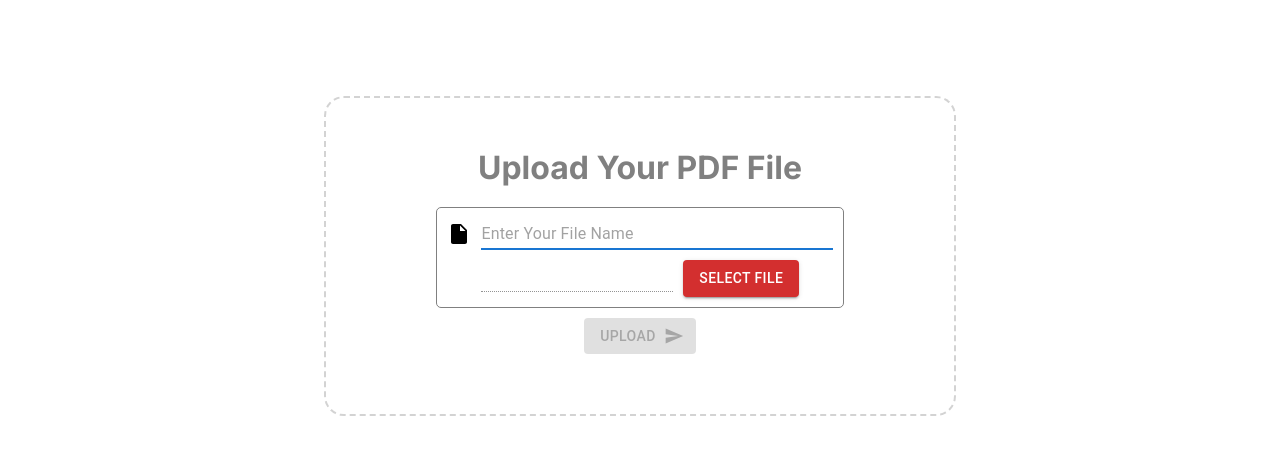
Repository: BhushanPatil-121/pdf-upload-nextjs
Page: /
An editor plug-in stored every save of this project. The page is shown before and after a run of saves, followed by the edit.
The browser window is 1280 px wide. The pictures show the whole page.
The project was rebuilt for these pictures with package versions that can differ from the ones it lists, and the page was loaded fresh each time. The framework's server and built-in components were replaced by stand-ins that run in the browser. Also part of the build but not shown: next.config.mjs.

Above is the page before, as saved 2024-02-29 11:11:10.

### src/app/page.tsx
"use client"
import styles from "./page.module.css";
import { styled } from '@mui/material/styles';
import Button from '@mui/material/Button';
import CloudUploadIcon from '@mui/icons-material/CloudUpload';
import { useState } from 'react';
import { Alert, Box, Stack, TextField } from "@mui/material";
import InsertDriveFileIcon from '@mui/icons-material/InsertDriveFile';
import SendIcon from '@mui/icons-material/Send';
import LoadingButton from '@mui/lab/LoadingButton';
import { CloudDownload } from "@mui/icons-material";

const VisuallyHiddenInput = styled('input')({
  clip: 'rect(0 0 0 0)',
  clipPath: 'inset(50%)',
  height: 1,
  overflow: 'hidden',
  position: 'absolute',
  bottom: 0,
  left: 0,
  whiteSpace: 'nowrap',
  width: 1,
});

export default function Home() {
  const [loading, setLoading] = useState(false);
  const [uploading, setUploding] = useState(false);
  const [fileName, setFileName] = useState<string>("")
  const [defaultFileName, setDefaultFileName] = useState<string>("")
  const [file, setFile] = useState<string>("")
  function handleClick(e: any) {
    setLoading(true);
    setTimeout(() => setLoading(false), 3000);
    setTimeout(() => {
      setUploding(true)
      setFileName("")
      setFile("")
    }, 3000);
    setTimeout(() => setUploding(false), 6000);
    e.preventDefault();
    let formData = new FormData();
    formData.append('filename', fileName);
    formData.append('file', file);
    console.log(fileName, file);
  }
  return (
    <main className={styles.main}>
      <div className={styles.mainContainer}>
        <h1 className={styles.mainHeading}>Upload Your PDF File</h1>
        <form className={styles.mainForm}>
          <div className={styles.mainFormContainer}>
            <div className={styles.mainFormSubContainer1}>
              <InsertDriveFileIcon />
              <Box sx={{width:'100%'}}>
              <TextField
                id="standard-basic"
                fullWidth
                placeholder="Enter Your File Name"
                value={fileName}
                autoFocus
                onChange={(e) => { setFileName(e.target.value) }}
                variant="standard" />
              </Box>
            </div>
            <div className={styles.mainFormSubContainer2}>
              <Box sx={{width:'50%'}}>
              <TextField
                id="standard-multiline-static"
                multiline
                fullWidth
                rows={1}
                disabled
                variant="standard"
                value={defaultFileName}
              />
              </Box>
              <Button
                component="label"
                role={undefined}
                variant="contained"
                tabIndex={-1}
                color={file ? "success" : "error"}
                onChange={(e: any) => {
                  setFile(e.target.files[0]);
                  setDefaultFileName(e.target.files[0].name);
                }}>Select file
                <VisuallyHiddenInput type="file" accept="application/pdf" />
              </Button>
            </div>
          </div>
          <LoadingButton
            onClick={handleClick}
            endIcon={<SendIcon />}
            loading={loading}
            disabled={fileName.length < 1}
            loadingPosition="end"
            variant="contained">
            {
              loading ? "Uploading..." : "Upload"
            }
          </LoadingButton>
        </form>
      </div>
      {
        uploading &&
        <Stack sx={{ width: '50%' }} spacing={2}>
          <Alert variant="filled" severity="success">
            File Upload Successfully
          </Alert>
        </Stack>
      }
    </main>
  );
}

### src/app/globals.css


* {
  box-sizing: border-box;
  padding: 0;
  margin: 0;
}

html,
body {
  max-width: 100vw;
  overflow-x: hidden;
}


a {
  color: inherit;
  text-decoration: none;
}

### src/app/page.module.css
.main {
  display: flex;
  flex-direction: column;
  justify-content: start;
  gap: 20px;
  align-items: center;
  padding: 6rem;
  min-height: 100vh;
}

.mainContainer {
  width: 58%;
  display: flex;
  flex-direction: column;
  justify-content: center;
  align-items: center;
  padding: 50px 100px;
  border-radius: 20px;
  border: dashed 2px lightgrey;
}

.mainHeading {
  color: grey;
}

.mainForm {
  display: flex;
  flex-direction: column;
  align-items: center;
  justify-content: center;
  width: 100%;
  padding: 10px;
  border-radius: 10px;
}

.mainFormContainer {
  display: flex;
  flex-direction: column;
  align-items: center;
  justify-content: center;
  width: 100%;
  height: 100%;
  border: 1px solid grey;
  border-radius: 5px;
  padding: 10px;
  gap: 10px;
  margin: 10px;
}

.mainFormSubContainer1 {
  display: flex;
  flex-direction: row;
  align-items: center;
  justify-content: center;
  gap: 10px;
  width: 100%;
}

.mainFormSubContainer2 {
  display: flex;
  flex-direction: row;
  align-items: space-evenly;
  justify-content: center;
  gap: 10px;
  width: 100%;

}

Loaded but not shown: src/app/layout.tsx (common file)

After the next 3 saves:
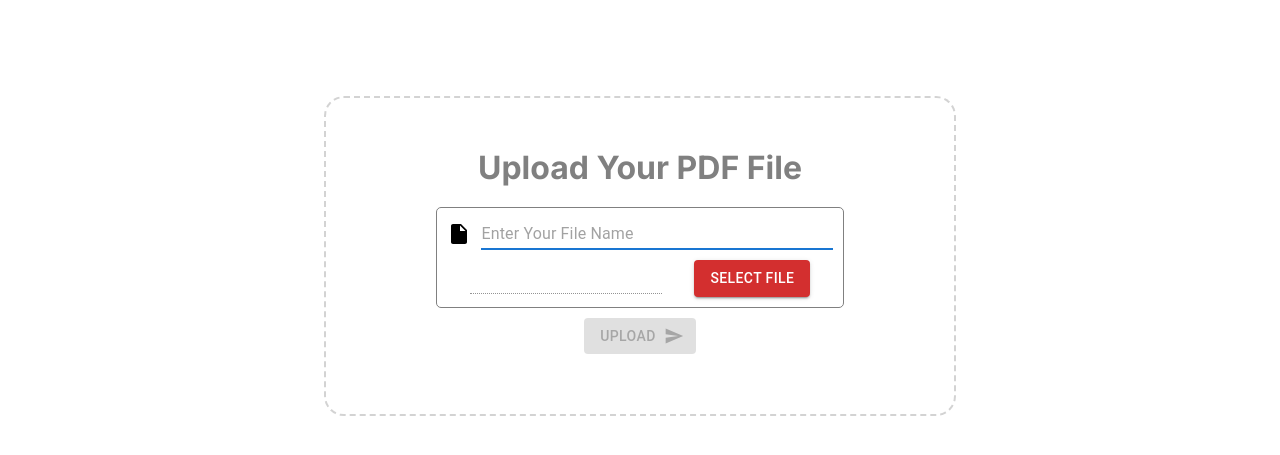
The 3 saves are shown as one change because they came seconds apart.
The last was saved 14 s later.
--- a/src/app/page.module.css
+++ b/src/app/page.module.css
@@ -59,8 +59,8 @@
 .mainFormSubContainer2 {
   display: flex;
   flex-direction: row;
-  align-items: space-evenly;
-  justify-content: center;
+  align-items: center;
+  justify-content: space-evenly;
   gap: 10px;
   width: 100%;
 
